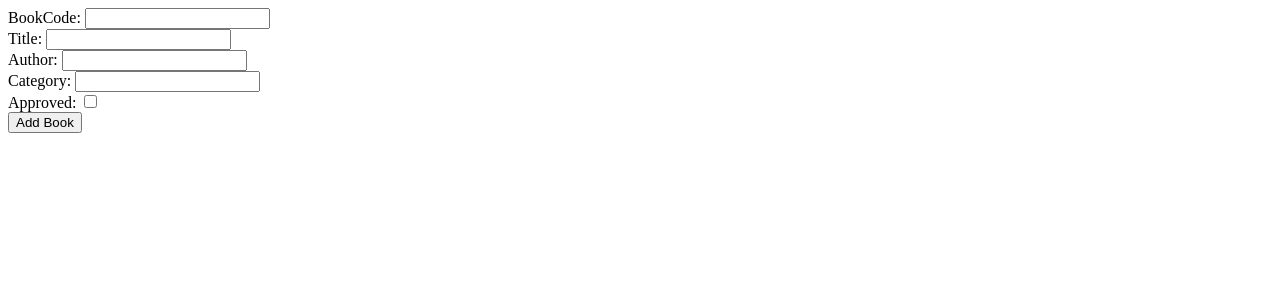
Repository: kietnaptit/javalorant
Page: http://localhost/htmlol/src/main/java/webapp/AddBook.jsp
These files come from the project's save history. The page is drawn as it stood at one moment and after the next save; the edit follows.
The browser window is 1280 px wide. The pictures show the whole page.
The page is served by Tomcat 9.

Above is the page before, as saved 2023-03-02 09:26:58.

After the next save:
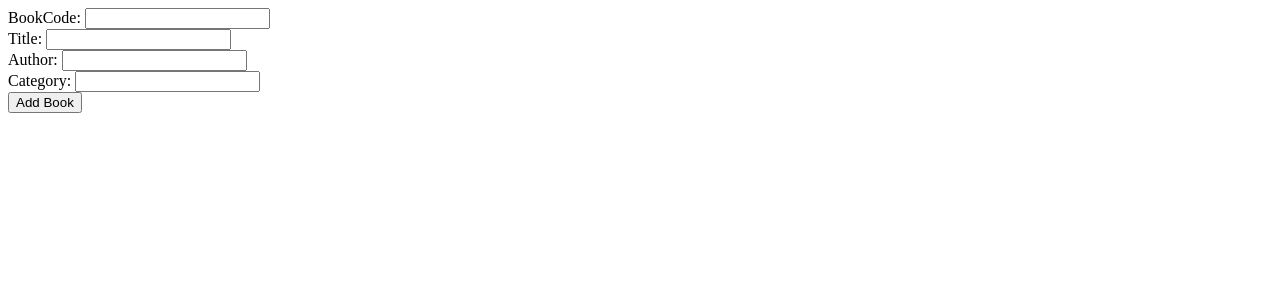
Saved 2 min 6 s later.
--- a/htmlol/src/main/java/webapp/AddBook.jsp
+++ b/htmlol/src/main/java/webapp/AddBook.jsp
@@ -11,7 +11,7 @@
 		BookCode: <input type="number" name="bookcode"></br>
 		Title: <input type="text" name="title"></br>
 		Author: <input type="text" name="author"></br>
-		Category: <input type="text name="category></br>
+		Category: <input type="text" name="category></br>
 		Approved: <input type="checkbox" name="approved"></br>
 		<input type="submit" value="Add Book">
 	</form>

After the save that followed:
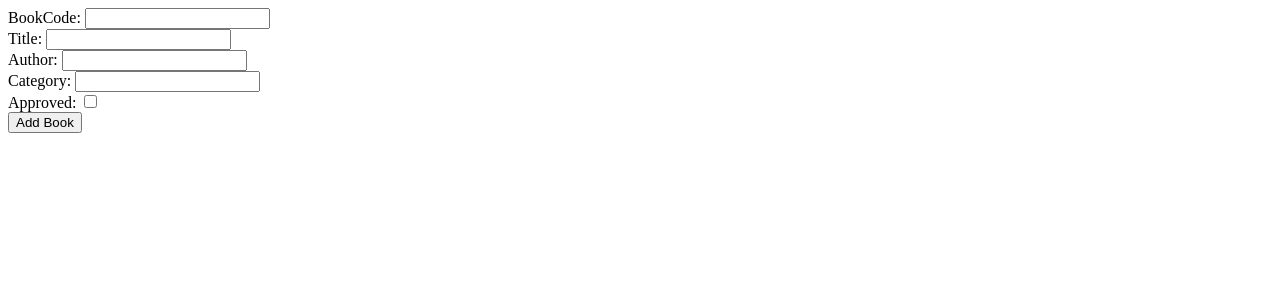
Saved 5 s later.
--- a/htmlol/src/main/java/webapp/AddBook.jsp
+++ b/htmlol/src/main/java/webapp/AddBook.jsp
@@ -11,7 +11,7 @@
 		BookCode: <input type="number" name="bookcode"></br>
 		Title: <input type="text" name="title"></br>
 		Author: <input type="text" name="author"></br>
-		Category: <input type="text" name="category></br>
+		Category: <input type="text" name="category"></br>
 		Approved: <input type="checkbox" name="approved"></br>
 		<input type="submit" value="Add Book">
 	</form>
